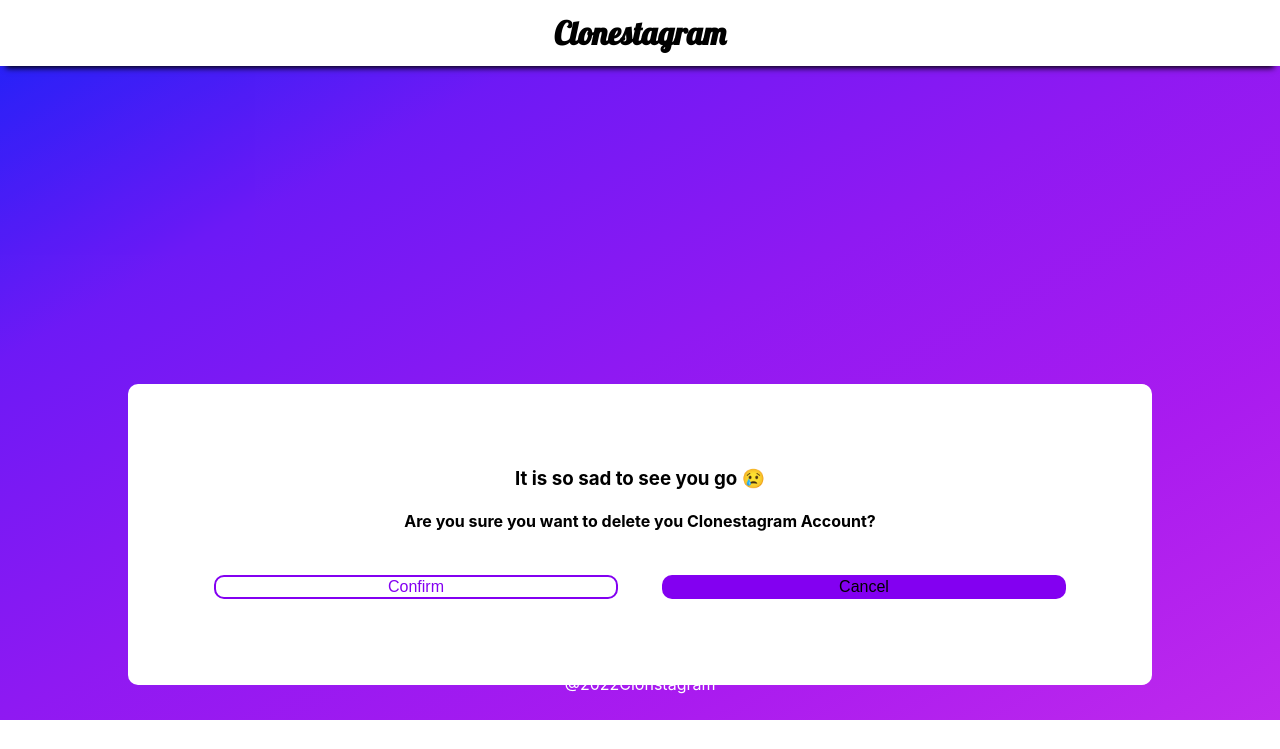
Repository: MikeMoore55/clonestagram
Page: /delaccount
An editor plug-in stored every save of this project. The page is shown before and after the next save, followed by the edit.
The browser window is 1280 px wide. The pictures show the whole page.
The page's requests for data from a server got no answer. The project was rebuilt for these pictures with package versions that can differ from the ones it lists, and the page was loaded fresh each time. The framework's server and built-in components were replaced by stand-ins that run in the browser. No one was signed in, and anything a server would have sent is missing. Also part of the build but not shown: next.config.js.

Above is the page before, as saved 2022-11-24 09:05:23.

### pages/_app.jsx
import Layout from '../components/Layout/Layout';
import '../styles/globals.css';

export default function MyApp({ Component, pageProps }) {
  return (
    <Layout>
      <Component {...pageProps} />
    </Layout>
  );
};

### pages/delaccount.jsx
import React from 'react';
import Link from 'next/link';
import Router,{useRouter} from 'next/router';
import { SupaBaseDB } from '../utils/dbconnect';
import { parseCookies } from '../helpers/cookie';
import styles from '../styles/DelAccount.module.css';
import Footer from '../components/Layout/Footer'

export default function DelAccount( { data } ) {
    const router = useRouter();
    const id = [data];
    function extractId(arr, prop) {
        const extractedValue = arr.map(item => item[prop]);
        return extractedValue;
    }

    const cookieId = extractId(id, 'user');
    const userId = cookieId.toString();

    console.log(userId);

    const delAccount = async () => {

        // delete the account of user
        const account = await SupaBaseDB
            .from("account")
            .delete()
            .eq("account_id", userId);

        // delete all the posts of user too
        const posts = await SupaBaseDB
            .from("posts")
            .delete()
            .eq("user_id", userId);

        if (account.error) {
            console.log(account.error['message']);
        }
        else if (posts.error) {
            console.log(posts.error["message"]);
        }
        else {
            console.log('account deleted successfully');
            router
                .push({
                    pathname: '/', // when successful take to the feed page
                });
        }
    }

    return (
        <div className={styles.container}>
            <div className={styles.block}>
                <h3 className={styles.heading1}>It is so sad to see you go 😢</h3>
                <h4 className={styles.heading2}>Are you sure you want to delete you Clonestagram Account?</h4>
                <div className={styles.btnContainer}>
                    <button className={styles.confirm} onClick={() => delAccount()}>Confirm</button>
                    <button className={styles.cancel}><Link href={'/home'}>Cancel</Link></button>
                </div>
            </div>
            {/* for a cool background effect */}
            <div className={styles.backgroundFeature}>
                1
            </div>
            <Footer/>
        </div>
    );
};

export async function getServerSideProps({ req, res }) {
    const data = parseCookies(req);

    if (res) {
        if (Object.keys(data).length === 0 && data.constructor === Object) {
            res.writeHead(301, { Location: "/signin" });
            res.end();
        }
    }

    return {
        props: {
            data: data && data,
        }
    };
};

// del from supabase
// take to index page

### components/Layout/Layout.jsx
import React from 'react';
import Header from './Header';

// layout across app
export default function Layout({children}) {
  return (
    <div id='Layout'>
      <Header />
      {children}
    </div>
  );
};

### styles/globals.css
html,
body {
  padding: 0;
  margin: 0;
  font-family: -apple-system, BlinkMacSystemFont, Segoe UI, Roboto, Oxygen,
    Ubuntu, Cantarell, Fira Sans, Droid Sans, Helvetica Neue, sans-serif;
}

a {
  color: inherit;
  text-decoration: none;
}

* {
  box-sizing: border-box;
}

@media (prefers-color-scheme: dark) {
  html {
    color-scheme: dark;
  }

  body {
    color: black;
    background: rgb(234, 233, 233);
  }
}

### utils/dbconnect.js
import { createClient } from "@supabase/supabase-js";

const supabaseUrl = process.env.NEXT_PUBLIC_SUPABASE_URL;
const supabaseApi = process.env.NEXT_PUBLIC_SUPABASE_API_KEY;

export const SupaBaseDB = createClient(supabaseUrl, supabaseApi);

### helpers/cookie.js
import cookie from "cookie";

export function parseCookies(req) {
    return cookie.parse(req ? req.headers.cookie || "" : document.cookie)
}

### styles/DelAccount.module.css
.container {
    position: relative;
    width: 100%;
    padding-top: 20%;
}

.block {
    position: relative;
    width: 80%;
    margin: 10% 10% 5% 10%;
    text-align: center;
    background-color: white;
    border-radius: 10px;
    padding: 5% 5% 5% 5%;
}

.btnContainer {
    position: relative;
    display: grid;
    grid-template-columns: 50% 50%;
}

.confirm {
    position: relative;
    width: 90%;
    margin: 5%;
    border: #8300f1 solid 2px;
    color: #8300f1;
    font-size: 1em;
    font-weight: 400;
    border-radius: 10px;
    background-color: white;
}

.cancel {
    position: relative;
    width: 90%;
    margin: 5%;
    background-color: #8300f1;
    border: none;
    border-radius: 10px;
    font-size: 1em;
    font-weight: 400;
}

.backgroundFeature {
    position: fixed;
    color: transparent;
    background-image: linear-gradient(to right bottom, #000bf8, #5e00f5, #8300f1, #a002ee, #b812eb);
    width: 100%;
    height: 100%;
    bottom: 0%;
    right: 0%;
    top: 0%;
    left: 0%;
    z-index: -1;
    opacity: 0.9;
}

### components/Layout/Footer.jsx
import React from 'react';
import styles from '../../styles/Footer.module.css';

export default function Footer() {
    return (
        <footer className={styles.footer}>
            @2022Clonstagram
        </footer>
    );
};

### components/Layout/Header.jsx
import React from 'react';
import styles from '../../styles/Header.module.css';

export default function Header() {
    return (
        <header className={styles.header}>
            <h1>Clonestagram</h1>
        </header>
    );
};

### styles/Footer.module.css
.footer {
    position: fixed;
    bottom: 0%;
    left: 0%;
    right: 0%;
    width: 100%;
    text-align: center;
    color: white;
    padding: 2%;
}

@media (min-width: 490px) {
    .footer {
        font-size: 1.7em;
    }
}

@media (min-width: 1000px) {
    .footer {
        font-size: 1em;
    }
}

### styles/Header.module.css
@font-face {
    font-family: 'Lobster';
    src: url(../assets/Lobster/Lobster-Regular.ttf);
}

.header {
    position: fixed;
    top: 0%;
    left: 0%;
    right: 0%;
    width: 100%;
    text-align: center;
    background-color: white;
    box-shadow: 0 8px 6px -6px black;
    z-index: 5;
    margin: 0%;
    padding: 3.5%;
}

.header h1 {
    margin: 0%;
    padding: 0%;
    font-family: 'Lobster', cursive;
    color: black;
    font-weight: 800;
}


@media (min-width: 490px) {
    .header {
        padding: 3%;
    }

    .header h1 {
        font-size: 2.7em;
    }
}

@media (min-width: 1000px) {
    .header {
        padding: 1%;
    }

    .header h1 {
        font-size: 2em;
    }
}

After the next save:
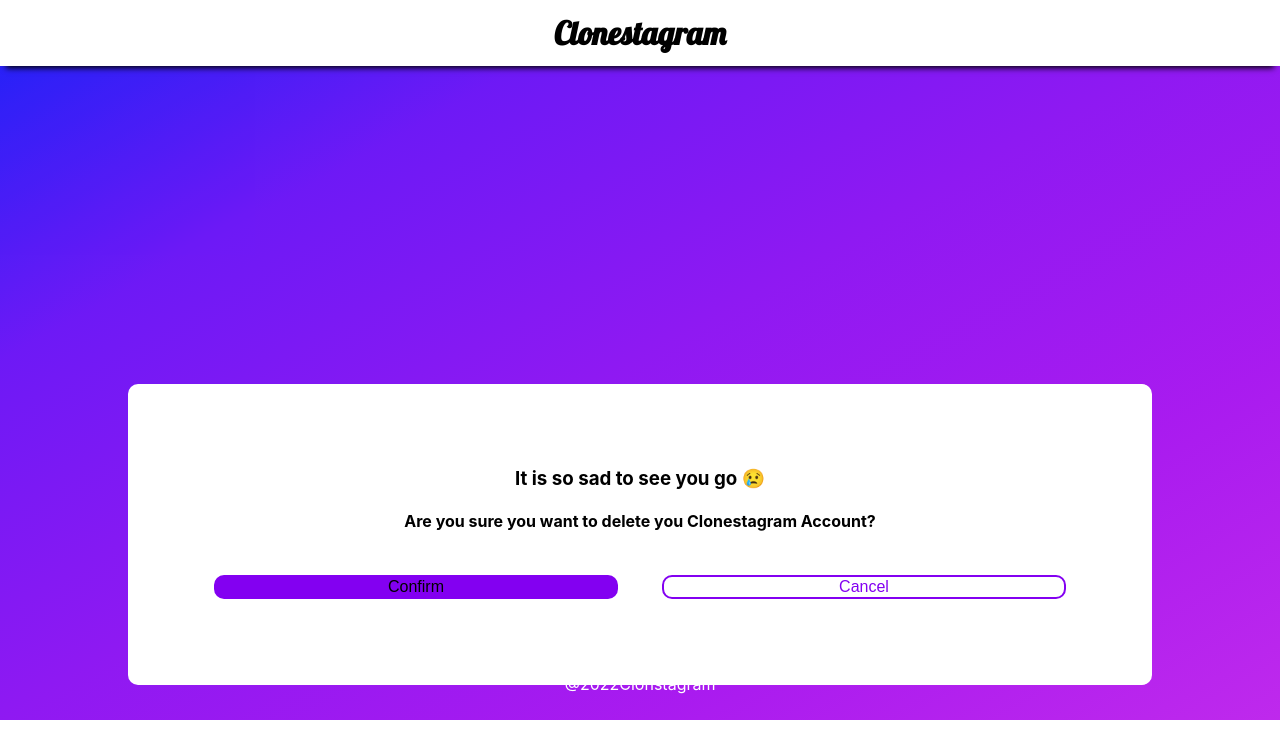
Saved 22 s later.
--- a/styles/DelAccount.module.css
+++ b/styles/DelAccount.module.css
@@ -20,7 +20,7 @@
     grid-template-columns: 50% 50%;
 }
 
-.confirm {
+.cancel {
     position: relative;
     width: 90%;
     margin: 5%;
@@ -32,7 +32,7 @@
     background-color: white;
 }
 
-.cancel {
+.confirm {
     position: relative;
     width: 90%;
     margin: 5%;
